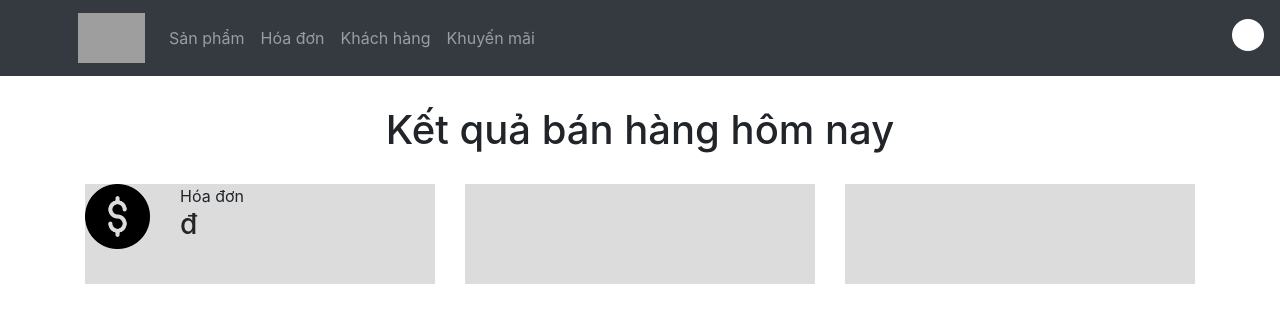
Repository: nksinh51018/THCS2
Page: http://localhost/WebBanGiay2/WEB-INF/views/AdminView.jsp
An editor plug-in stored every save of this project. The page is shown before and after the next save, followed by the edit.
The browser window is 1280 px wide. The pictures show the whole page.
The page is served by Tomcat 9. Nobody is signed in. Other server files are loaded and not shown. The template is opened directly, without the code that normally fills it, so the values that code supplies are empty.

Above is the page before, as saved 2020-06-04 18:28:36.

### WebBanGiay2/src/main/webapp/WEB-INF/views/AdminView.jsp
<%@ page language="java" contentType="text/html; charset=UTF-8"
	pageEncoding="UTF-8"%>
	<%@taglib uri="http://java.sun.com/jsp/jstl/core" prefix="c"%>
	<%@ taglib prefix = "fmt" uri = "http://java.sun.com/jsp/jstl/fmt" %>
<!DOCTYPE html>
<html>
<head>
<meta charset="UTF-8">
<title>Admin</title>

</head>
<body>
	<jsp:include page="DauTrangAdmin.jsp"/>
	<fmt:setLocale value="vi_VN"/>
	<div class="container">
		<h1 style="text-align: center;margin-top: 30px">Kết quả bán hàng hôm nay</h1>
		<div class="row" style="margin-top: 30px">

			<div class="col-md-4">

				<div style="background-color: #dcdcdc;height: 100px;margin: auto">
					<div class="row">
						<div class="col-md-3">
							<img class="align-middle" style="width: 100%;background-size: cover" src='<c:url value="/resources/image/money.png" />' />
						</div>

						<div class="col-md-9">
							<div >${doanhThuNgayDTO.getSoLuong() } Hóa đơn</div>
							<h3>${doanhThuNgayDTO.getTongTien() } đ</h3>
						</div>
					</div>
				</div>


			</div>

			<div class="col-md-4">

				<div style="background-color: #dcdcdc;padding: :10;height: 100px">

				</div>


			</div>

			<div class="col-md-4">

				<div style="background-color: #dcdcdc;padding: :10;height: 100px">

				</div>


			</div>

		</div>

	</div>
	<script type="text/javascript" src='<c:url value="/resources/js/DanhSachSanPhamAdmin.js" />'></script>
</body>
</html>

### WebBanGiay2/src/main/webapp/WEB-INF/views/DauTrangAdmin.jsp
<%@ page language="java" contentType="text/html; charset=UTF-8"
	pageEncoding="UTF-8"%>
	<%@taglib uri="http://java.sun.com/jsp/jstl/core" prefix="c"%>
	<%@ taglib prefix = "fmt" uri = "http://java.sun.com/jsp/jstl/fmt" %>
	<link rel="stylesheet"
	href="https://stackpath.bootstrapcdn.com/bootstrap/4.3.1/css/bootstrap.min.css"
	integrity="sha384-ggOyR0iXCbMQv3Xipma34MD+dH/1fQ784/j6cY/iJTQUOhcWr7x9JvoRxT2MZw1T"
	crossorigin="anonymous">
	<link rel="stylesheet" href='<c:url value="/resources/css/style.css" />'/>
<fmt:setLocale value="vi_VN"/>
<nav class="navbar navbar-expand-lg navbar-dark bg-dark">
		<a class="navbar-brand" href='<c:url value="/" />' style="margin-left: 5%"> <img
			src="http://localhost:8762/hinhAnh/image/logo.png"
			style="background-size: cover; height: 50px" />
		</a>
		<button class="navbar-toggler" type="button" data-toggle="collapse"
			data-target="#navbarSupportedContent"
			aria-controls="navbarSupportedContent" aria-expanded="false"
			aria-label="Toggle navigation">
			<span class="navbar-toggler-icon"></span>
		</button>

		<div class="collapse navbar-collapse" id="navbarSupportedContent">
			<ul class="navbar-nav mr-auto" >

					<li class="nav-item"><a class="nav-link" href='<c:url value="/admin/sanPham" />'>Sản phẩm</a></li>
					<li class="nav-item"><a class="nav-link" href='<c:url value="/admin/hoaDon" />'>Hóa đơn</a></li>
					<li class="nav-item"><a class="nav-link" href='<c:url value="/admin/khachHang" />'>Khách hàng</a></li>
					<li class="nav-item"><a class="nav-link" href='<c:url value="/admin/khuyenMai" />'>Khuyến mãi</a></li>
			</ul>
			<ul class="navbar-nav">

						<li class="nav-item active dropdown">
					        <a class="circle_avata nav-link dropdown" style="color:#343a40; text-transform: uppercase" href="#" id="navbarDropdown" role="button" data-toggle="dropdown" aria-haspopup="true" aria-expanded="false">
					        	 ${ten }
					        </a>
					      </li>
			</ul>
		</div>
	</nav>
	<script src="https://code.jquery.com/jquery-3.4.1.js"></script>
	<script
		src="https://cdnjs.cloudflare.com/ajax/libs/popper.js/1.14.7/umd/popper.min.js"
		integrity="sha384-UO2eT0CpHqdSJQ6hJty5KVphtPhzWj9WO1clHTMGa3JDZwrnQq4sF86dIHNDz0W1"
		crossorigin="anonymous"></script>
	<script
		src="https://stackpath.bootstrapcdn.com/bootstrap/4.3.1/js/bootstrap.min.js"
		integrity="sha384-JjSmVgyd0p3pXB1rRibZUAYoIIy6OrQ6VrjIEaFf/nJGzIxFDsf4x0xIM+B07jRM"
		crossorigin="anonymous"></script>

### WebBanGiay2/src/main/webapp/resources/css/style.css
@charset "ISO-8859-1";
a:hover {
	text-decoration: none;
}

.circle_avata{
	width: 32px;
	height: 32px;
	border-radius: 16px;
	background-color: #fff;
	text-align:center;
	padding: 5px !important;
	margin-top: 4px;
	margin-bottom: 10px;
}

.circle_so{
	width: 16px;
	height: 16px;
	border-radius: 8px;
	background-color: #fff;
	text-align:center;
	padding-bottom: 1px !important;
	font-size:10px; position: absolute;top: 10px !important;right: 0px!important;
}

### WebBanGiay2/src/main/webapp/resources/js/DanhSachSanPhamAdmin.js
function format(n) {
  return n.toFixed(0).replace(/./g, function(c, i, a) {
    return i > 0 && c !== "." && (a.length - i) % 3 === 0 ? "." + c : c;
  });
}
function getCookie(cname) {
	  var name = cname + "=";
	  var decodedCookie = decodeURIComponent(document.cookie);
	  var ca = decodedCookie.split(';');
	  for(var i = 0; i <ca.length; i++) {
	    var c = ca[i];
	    while (c.charAt(0) == ' ') {
	      c = c.substring(1);
	    }
	    if (c.indexOf(name) == 0) {
	      return c.substring(name.length, c.length);
	    }
	  }
	  return "";
	}

var a= 0;
var minGia = 0;
var maxGia = 0;
var idMau = 0;
var size = null;
var maMau = "";
var tenLoai = null;
var kt = false;

function findSanPham(a) {
	timKiemDTO = {};
	timKiemDTO["minGia"]=minGia;
	timKiemDTO["maxGia"]=maxGia;
	timKiemDTO["idMau"]=idMau;
	timKiemDTO["size"]=size;
	timKiemDTO["tenLoai"]=tenLoai;
	console.log(timKiemDTO);
	console.log(a);
	$.ajax({
		url:"http://localhost:8762/sanPham/admin/timKiem/"+a,
		headers: {
	        'Authorization': "Bearer "+getCookie("tokenJWT")
	    },
		contentType: 'application/json; charset=utf-8',
		dataType: 'json',
		type:"POST",
		data:
			JSON.stringify(timKiemDTO),
		success: function(value){
			console.log(value);
			$("#bang").empty();
			for (var j = 0; j < value.sanPhamDTOs.length; j++) {
				var i = value.sanPhamDTOs[j];
				$("#bang").append(
					'<tr class="hang" data-value="'+i.id+'">'
									+'<td>' + i.id +'</td>'
									+'<td>' +i.tenSanPham +'</td>'
									+'<td>' + i.giaTien +'</td>'
									+'<td>' + i.chatLieu +'</td>'
									+'<td>' + i.luotXem +'</td>'
									+'<td>' + i.khuyenMai +'</td>'
									+'<td>' + i.loaiSanPhamDTO.tenLoai +'</td>'
									+'<td>'
										+'<img '
											+'class="sanPham" '
											+'data="'+i.id+'" '
											+'src="http://localhost:8762/hinhAnh/image/'+ i.hinhAnhDTOs[0].url+'" '
											+'style="background-size: cover;width: 100px;" />'
									+'</td>'
								+'</tr>'
				);
			}
			if(value.check){
				$("#sau").show();
			}
			else{
				$("#sau").hide();
			}


		},


		error : function(e) {
	        console.log(e);
	      }
	});
}

function findSanPhamByTen(ten,a) {
	console.log(ten)
	$.ajax({
		url:"http://localhost:8762/sanPham/user/sanPham/timKiem/"+ten+"/"+a,
		headers: {
	        'Authorization': "Bearer "+getCookie("tokenJWT")
	    },
		contentType: 'application/json; charset=utf-8',
		dataType: 'json',
		type:"GET",
		success: function(value){
			console.log(value);
			$("#bang").empty();
			for (var j = 0; j < value.sanPhamDTOs.length; j++) {
				var i = value.sanPhamDTOs[j];
				$("#bang").append(
						'<tr class="hang" data-value="'+i.id+'">'
									+'<td>' + i.id +'</td>'
									+'<td>' +i.tenSanPham +'</td>'
									+'<td>' + i.giaTien +'</td>'
									+'<td>' + i.chatLieu +'</td>'
									+'<td>' + i.luotXem +'</td>'
									+'<td>' + i.khuyenMai +'</td>'
									+'<td>' + i.loaiSanPhamDTO.tenLoai +'</td>'
									+'<td>'
										+'<img '
											+'class="sanPham" '
											+'data="'+i.id+'" '
											+'src="http://localhost:8762/hinhAnh/image/'+ i.hinhAnhDTOs[0].url+'" '
											+'style="background-size: cover;width: 100px;" />'
									+'</td>'
								+'</tr>'
				);
			}
			if(value.check){
				$("#sau").show();
			}
			else{
				$("#sau").hide();
			}


		},


		error : function(e) {
	        console.log(e);
	      }
	});
}

$(document).ready(function(){
	//tenLoai = $("#tenLoai").text();
	$("#xemThem").click(function() {
		a++;
		if(kt){
			findSanPhamByTen($("#timKiem").val(),a)
		}
		else{
			findSanPham(a);
		}
		$('body,html').animate({
			scrollTop: 0
		})
	})

	$("#sau").click(function() {
		a++;
		if(kt){
			findSanPhamByTen($("#timKiem").val(),a)
		}
		else{
			findSanPham(a);
		}
		$('body,html').animate({
			scrollTop: 0
		})
		$("#truoc").show();
		$("#hienTai").text(a+1);
	})

	$("#truoc").click(function() {
		a--;
		if(kt){
			findSanPhamByTen($("#timKiem").val(),a)
		}
		else{
			findSanPham(a);
		}
		$('body,html').animate({
			scrollTop: 0
		})
		$("#sau").show();
		$("#hienTai").text(a+1);
		if(a==0){
			$(this).hide();
		}
	})



	$("body").on("click",".btnMau",function(){
		idMau = $(this).attr("data-value");
		maMau = $(this).attr("data-maMau");
		a=0;
		kt= false;
		$("#danhSachSanPham").empty();
		findSanPham(a);
		$('body,html').animate({
			scrollTop: 0
		})
		$("#sau").show();
		$("#hienTai").text(1);
		$("#truoc").hide();
	})

	$("body").on("click",".chkGia",function(){
		minGia = $(this).attr("data-min");
		maxGia = $(this).attr("data-max");
		a=0;
		kt= false;
		$("#danhSachSanPham").empty();
		findSanPham(a);
		$('body,html').animate({
			scrollTop: 0
		})
		$("#sau").show();
		$("#hienTai").text(1);
		$("#truoc").hide();
	})

	$("body").on("click",".btnSize",function(){
		size = $(this).attr("data-text");
		kt= false;
		a=0;
		$("#danhSachSanPham").empty();
		findSanPham(a);
		$('body,html').animate({
			scrollTop: 0
		})
		$("#sau").show();
		$("#hienTai").text(1);
		$("#truoc").hide();
	})

	$("body").on("click",".rdDanhMuc",function(){
		d = $(this).attr("data-value");
		if(d == 0 ){
			tenLoai = null;
		}
		else if(d == 1 ){
			tenLoai = "Nam";
		}
		else if(d == 2){
			tenLoai = "Nữ";
		}
		else if(d == 3){
			tenLoai = "Trẻ em";
		}
		kt= false;
		a=0;
		$("#danhSachSanPham").empty();
		findSanPham(a);
		$('body,html').animate({
			scrollTop: 0
		})
		$("#sau").show();
		$("#hienTai").text(1);
		$("#truoc").hide();
	})

	$("#lamMoi").click(function() {
		a= 0;
		minGia = 0;
		maxGia = 0;
		idMau = 0;
		size = null;
		maMau = "";
		tenLoai = null;
		kt=false;
		$("#all").prop("checked", true);
		console.log($("#all"))
		$("#timKiem").val("")
		findSanPham(a);
		$('body,html').animate({
			scrollTop: 0
		})
		$("#sau").show();
		$("#hienTai").text(1);
		$("#truoc").hide();
	})


	$("body").on("click",".hang",function(){
		window.location.href = "/WebBanGiay2/admin/chiTietSanPham/"+$(this).attr("data-value")
	})

	$("#timKiem").change(function() {
		a=0;
		kt=true;
		findSanPhamByTen($(this).val(),a);
		$('body,html').animate({
			scrollTop: 0
		})
		$("#sau").show();
		$("#hienTai").text(1);
		$("#truoc").hide();
	})
});

After the next save:
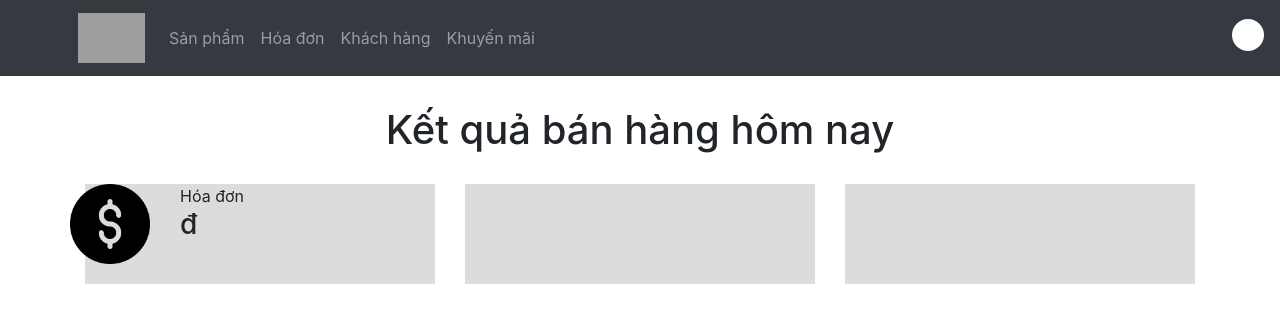
Saved 72 s later.
--- a/WebBanGiay2/src/main/webapp/WEB-INF/views/AdminView.jsp
+++ b/WebBanGiay2/src/main/webapp/WEB-INF/views/AdminView.jsp
@@ -20,7 +20,7 @@
 
 				<div style="background-color: #dcdcdc;height: 100px;margin: auto">
 					<div class="row">
-						<div class="col-md-3">
+						<div class="col-md-3" style="padding-left: 0px">
 							<img class="align-middle" style="width: 100%;background-size: cover" src='<c:url value="/resources/image/money.png" />' />
 						</div>
 
